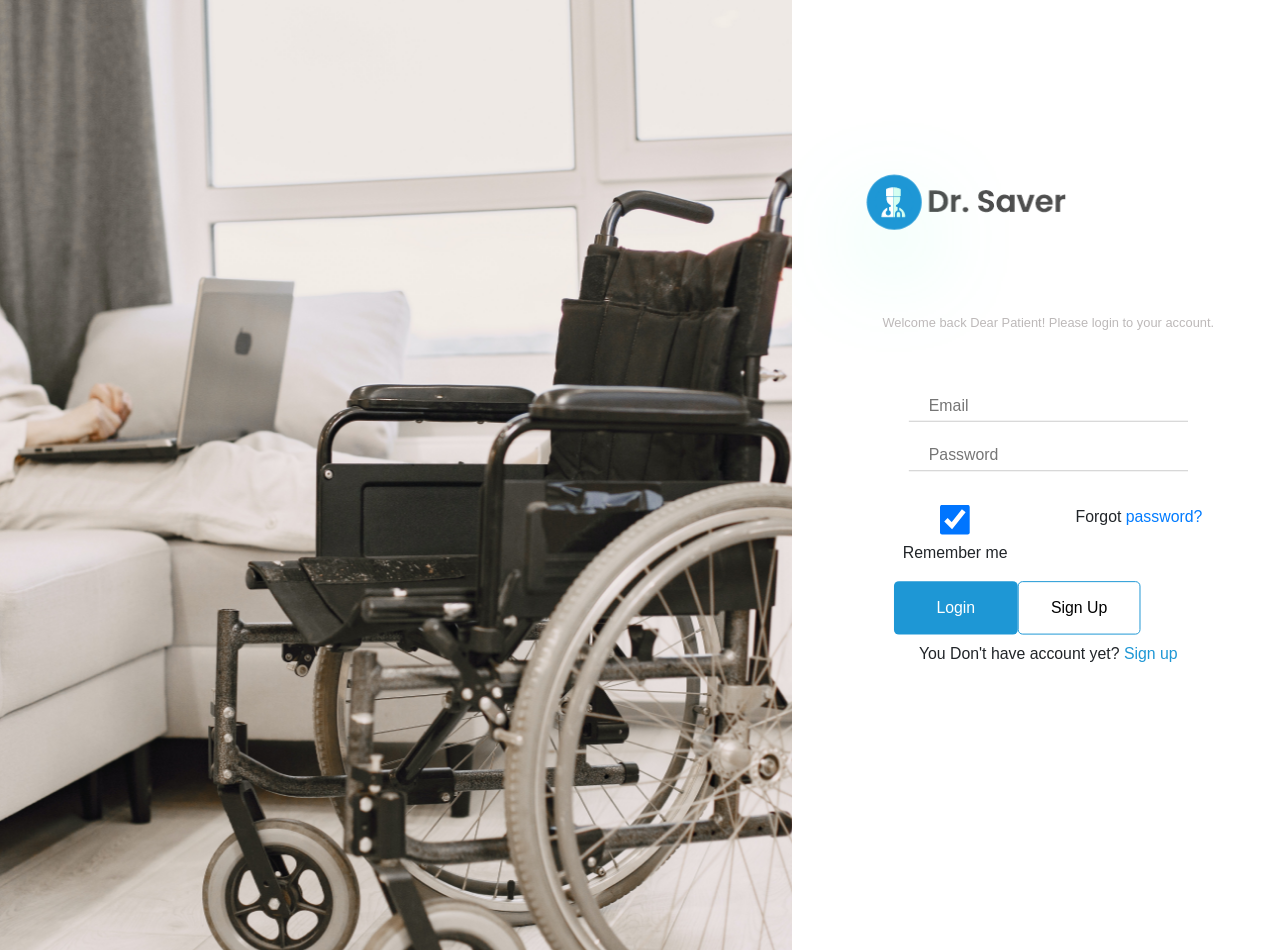
Repository: nsra/hadeel_doctor_system
Page: patient/Plogin.html
The author's editor kept a copy of each file at every save. The page is drawn from the files as they stood at one save, then again after the next save.
The browser window is 1280 px wide. The page is 1295 px wide, so the pictures cover 1295 px, including what lies to the right of the window. The pictures show the whole page, at 99% of full size.
Some web fonts or font styles are not loaded; a fallback is used. Some web libraries are served in a nearby version.

Above is the page before, as saved 2022-03-29 16:57:37.

### patient/Plogin.html
<!DOCTYPE html>
<html lang="en">
<head>
    <meta charset="UTF-8">
    <meta http-equiv="content-type" content="text/html; charset=UTF-8">
    <title>DrSaver</title>
    <link rel="shortcut icon" href="../assets/img/doctor.png" type="image/x-icon">
    <link rel="stylesheet" href="https://maxcdn.bootstrapcdn.com/bootstrap/4.0.0/css/bootstrap.min.css" integrity="sha384-Gn5384xqQ1aoWXA+058RXPxPg6fy4IWvTNh0E263XmFcJlSAwiGgFAW/dAiS6JXm" crossorigin="anonymous">
    <link rel="stylesheet" href="https://pro.fontawesome.com/releases/v5.10.0/css/all.css" integrity="sha384-AYmEC3Yw5cVb3ZcuHtOA93w35dYTsvhLPVnYs9eStHfGJvOvKxVfELGroGkvsg+p" crossorigin="anonymous"/>
    <link rel="stylesheet" href="../assets/css/style.css" type="text/css">
    <link rel="preconnect" href="https://fonts.gstatic.com">
    <link href="https://fonts.googleapis.com/css2?family=Tajawal:wght@700&display=swap" rel="stylesheet">
    <meta name="viewport" content="width=device-width, initial-scale=1, shrink-to-fit=no">
</head>
<body>
<section class="loginSection">
    <div class="row window-full">
        <div class="hero col-6 float-right ">
           <img  src="../assets/img/plogin.png"></img>

        </div>
        <div class="col-6 float-left text-center">
            <img class="fleft" src="../assets/img/log1.png"></img>
            <div class="fright pd-y">
               <br>
           <p  class="pcol">Welcome back Dear Patient! Please login to your account.</p>

          <form action="action_page.php" method="post">

              <input type="email" placeholder="Email" name="email" required>


              <input type="password" placeholder="Password" name="psw" required>
          <br>
          <div class="row"  >
              <label>
                <input type="checkbox" checked="checked" name="remember"> Remember me
              </label>
              <span class="psw">Forgot <a href="#">password?</a></span>
            </div>

    <div class="row"  >
        <button type="button" onclick="document.getElementById('id01').style.display='none'" class="loginbtn">Login</button>
        <button type="button" onclick="document.getElementById('id02').style.display='none'" class="signbtn">Sign Up</button>
      </div>
      <p>You Don't have account yet? <span id="cplue">Sign up</span> </p>


          </form>
        </div>
      </div>
    </div>
</section>

<script src="https://ajax.googleapis.com/ajax/libs/jquery/3.5.1/jquery.min.js"></script>
<!-- Popper.JS -->
<script src="https://cdnjs.cloudflare.com/ajax/libs/popper.js/1.14.0/umd/popper.min.js" integrity="sha384-cs/chFZiN24E4KMATLdqdvsezGxaGsi4hLGOzlXwp5UZB1LY//20VyM2taTB4QvJ" crossorigin="anonymous"></script>
<!-- Bootstrap JS -->
<script src="https://stackpath.bootstrapcdn.com/bootstrap/4.1.0/js/bootstrap.min.js" integrity="sha384-uefMccjFJAIv6A+rW+L4AHf99KvxDjWSu1z9VI8SKNVmz4sk7buKt/6v9KI65qnm" crossorigin="anonymous"></script>
<script src="assets/js/scripts.js"></script>

</body>
</html>

### assets/css/style.css
 /*common*/


.overlay{
    position:absolute;
    width:  100%;
    height: 100%;
    top: 0;
    left: 0;
    background-color: rgba(3, 3, 3, 0.7);
}
.hover-opacity{
    transition: opacity .5s;
}
.hover-opacity:hover{
opacity: 0.8;
}

/*general css*/
:root{
    --maincolor:#6195ff;
}
*{
    margin: 0;
    padding: 0;
    box-sizing: border-box;
}
ul{
    list-style: none;
}
.container{
    width: 80%;

    margin: auto;/*elment in the center*/
}
body{
    font-family: 'Varela Round', sans-serif;
}
.clear{
    clear: both;
}
h1,h2,h3,h4,h5,h6{
    font-family: montserrat,sans-serif;
}
button{
    font-family: inherit;
}
a{
    text-decoration: none;
}
.pd-y{
    padding: 100px 0;
}
.section-header{
    text-align: center;
    margin-bottom: 20px;
}
.section-header .section-title{
    font-size: 35px;
    text-transform: capitalize;
    margin-bottom: 10px;
}
.section-header .line{
display: block;
height: 5px;
width: 60px;
margin: 0 auto 70px auto;
background-color: var(--maincolor);
}

.ltr-effect,.tb-effect{
    position: relative;
}
.ltr-effect::after,.tb-effect::after{
position: absolute;
content: "";
top: 0;
right: 0;
left: 0;
bottom: 0;
background: #333;
z-index:-1 ;

}
.ltr-effect:hover::after{
width: 100%;
}
.ltr-effect::after{
    width: 0;
    transition: width 0.5s;
}
.tb-effect::after{
 height: 0;
 transition: height 0.5s;

}
.tb-effect:hover::after{
height: 100%;
}
/* header*/
.header{
    position:fixed;
    width: 100%;
    z-index: 15;
    height: 10%;
  }

 b{
     color: #ffff;

 }
.header .logo{
    width: 50%;
  float: left;
 }
.header .logo img{
    width: 120px;
    margin-left: 20px;
   }
.header .nav{
    width: 50%;
     float: left;
    list-style: none;
    text-align: right;
}
.header .nav > li{
    display: inline-block;

    text-align: right;
}
.header .nav > li > a{
    color: #fff;
    font-size: 15px;

    display: block;
    padding: 30px 15px;
}

.header .nav > li > a.active:after{
content: "";
display: block;
margin-top: 2px;
height: 3px;
background-color: #6195ff;
transition: width 0.5s;

}
.header .nav > li > a.active:after{
    width: 100%;
}

.header .nav > li > a:after{
width: 0;
}
.header .nav > li > a:hover::after{
    width: 100%;
    }
    .dropdown{
        position: relative;
    }
    .dropdown-menu{
        position: absolute;
        background: #6195ff;
        width: 150px;
        text-align: right;
        left: -50%;
        top: 70%;
        opacity: 0;
        visibility: hidden;
        transition: opacity 0.5s;
    }
    .dropdown-menu a{
        color:#fff;
        display: block;
        padding: 10px;

    }
    .dropdown:hover .dropdown-menu{
        opacity: 1;
        visibility:visible;
    }
/*Home section*/
.home{
    height: 100vh;
    background-image: url(../img/background.png);
    background-size: cover;
    position: relative;
}
.home-content{
    position: absolute;
    width: 65%;
    top: 50%;
    left: 50%;
    transform: translate(-50%,-50%);
    text-align: left;
}
.home .title{

margin: 20px 0;
color: var(--maincolor);
letter-spacing: 2px;
line-height: 1.5;
}
.home .home-desc{
    color: #fff;
    font-size: 3.5rem;
    text-transform: uppercase;
}
.home .btn{
    max-width: 150px;
    padding: 15px 0;
    border-radius: 5px;
    border: 0;
    cursor: pointer;
    font-size: 18px;
}

.home .btn-learn{
    background-color: #6195ff;
    color:#fff;

}

nav{
    font-size: 18px;
}
.navbar-light .navbar-brand{
    font-size: 32px;
 }

.navbar-light .navbar-nav .nav-link{
    color: black;
}

 #cplue{
     color:#1E97D5 ;
 }
 .bplue{
background-color: #dce0e4;
 color: #1E97D5;
 }
 .fleft{
     position: relative;
     margin-top: 11%;
    margin-right: 20%;
 }
 .fright{
     position:absolute;
     right:10%;
     top: 20%;
 }
 .pcol{
     color: rgb(189, 185, 185);
     font-size: small;
 }

/*About section*/

.about-content{
    overflow: hidden;
}
.about-item{
     width: 30%;
    float: left;
text-align: center;
border: 1px solid #e8e8e8;
padding: 50px 20px;
}

.about-item.mg{
    margin: 0 5%;
}
.about-item:hover .about-item-title{
    color: #fff;
}
.about-item .icon{
    color: #6195ff;
    margin-bottom: 10px;
}
.about-item-title{
    text-transform: capitalize;
    margin-bottom: 10px;
    transition: color 0.5s;
}
.about-item-desc{
    line-height: 1.6;
    margin-bottom: 10px;
    color:#999 ;
}
.about-item-link{
color: #6195ff;
text-transform: capitalize;
}

/*number section*/
.numbers{
    position: relative;
    background-image: url(../img/background.png);
    background-size: cover;
    background-attachment: fixed;
    height: 300px;
}
.numbers-item{
    overflow: hidden;

}
.number-item{
width: 25%;
float: left;
text-align: center;
}
.number-item .icon{
    color: #6195ff;
    margin-bottom: 15px;
}
.number-item-title{
    font-weight: bold;
    font-size: 30px;
    color: #fff;

}
.number-item-text{
    color: #fff;
}

/*Blog page*/
.blog{
    background: #f9f9f9;
}

.blog-content{
    overflow: hidden;
}
.blog-item{
    width: 30%;
    float: left;
    background: #fff;
}
.blog-item-img img{
width: 100%;
}

.blog-info{
    padding: 20px;
}

.blog-list{
    list-style: none;
    margin: 20px 0;
}
.blog-list li{
    display: inline-block;
    margin: 0 5px;
}

.blog-list li i{
    color: #6195ff;
}
.blog-title{
    font-weight: bold;
    margin: 20px 0;
}
.blog-desc{
    color: #999;
    margin-bottom: 10px;
    line-height: 1.5;
 }
.blog-link{
    color: #6195ff;
}
.blog-item.mg{
    margin: 0 5%;
}

/*contact section*/

/*footer section*/
.footer{
    background: #1c1d23;
    text-align: center;
    padding: 60px 0;
}
.footer-links{
    list-style: none;
    margin: 20px 0;
}
.footer-links li{
    display: inline-block;

}
.footer-links li a{
    display: block;
    width: 50px;
    height: 50px;
    background: #6195ff;
    color: #fff;
    margin: 0 5px;
    border-radius: 50%;
}
.footer-links li a i{
    line-height: 50px;
}

.footer .copyright{
    color: #999;
    font-size: 15px;
    text-transform: uppercase;
}

 /********login******/


  /* Full-width inputs */
  input[type=text], input[type=password] ,input[type=email],input[type=number],input[type=date],input[type=submit]{
    width: 100%;
    padding: 12px 20px;
    margin: 10px 0 ;

    display:flex;
    border: none;
    border-bottom: 1px solid #ccc;

  }

  /* Set a style for all buttons */
  button {
    background-color: #1E97D5;
    color: white;
    padding: 14px 20px;
    margin: 8px 0;
    border: none;
    cursor: pointer;
    width: 40%;

    border-radius: 5px;
  }
  .but{
    padding-top: 10%;
  margin-left: 10%;

    align-items: center;
  }
  /* Add a hover effect for buttons */
  button:hover {
    opacity: 0.8;
  }



  /* Add padding to containers */
  .container {
    padding: 16px;

  }

  .psw{
      margin-left: 60px;
  }
  .signbtn{
      color: #000;
      background-color: #fff;
      border: 1px solid #1E97D5;
  }
  .signbtn:hover{
    background-color: #1E97D5;
    opacity: 0.8;
  }
  .fname{
    position: relative;
  margin-right: 10%;
  }
  .lname {
    position: absolute;
    top: 20%;
    left: 50%;
  }

  /* Change styles for span and cancel button on extra small screens */
  @media screen and (max-width: 300px) {
    span.psw {
      display: block;
      float: none;
    }
    .cancelbtn {
      width: 100%;
    }
  }

.rate{
    margin: 10px;
    float: left;
    background: #eeeeee;
    border-radius: 30px;
}
.rate i{
    color: #ffdb00;
}

.footer {
    display: flex;
    flex-flow: row wrap;
    padding: 30px 30px 20px 30px;
    color: #2f2f2f;
    background-color: #fff;
    border-top: 1px solid #e5e5e5;
  }

  .footer > * {
    flex:  1 100%;
  }

  .footer__addr {
    margin-right: 1.25em;
    margin-bottom: 2em;
  }

  .footer__logo {
    font-family: 'Pacifico', cursive;
    font-weight: 400;
    text-transform: lowercase;
    font-size: 1.5rem;
  }

  .footer__addr h2 {
    margin-top: 1.3em;
    font-size: 15px;
    font-weight: 400;
  }

  .nav__title {
    font-weight: 400;
    font-size: 15px;
  }

  .footer address {
    font-style: normal;
    color: #999;
  }

  .footer__btn {
    display: flex;
    align-items: center;
    justify-content: center;
    height: 36px;
    max-width: max-content;
    background-color: rgb(33, 33, 33, 0.07);
    border-radius: 100px;
    color: #2f2f2f;
    line-height: 0;
    margin: 0.6em 0;
    font-size: 1rem;
    padding: 0 1.3em;
  }

  .footer ul {
    list-style: none;
    padding-left: 0;
  }

  .footer li {
    line-height: 2em;
  }

  .footer a {
    text-decoration: none;
  }

  .footer__nav {
    display: flex;
      flex-flow: row wrap;
  }

  .footer__nav > * {
    flex: 1 50%;
    margin-right: 1.25em;
  }

  .nav__ul a {
    color: #999;
  }

  .nav__ul--extra {
    column-count: 2;
    column-gap: 1.25em;
  }

  .legal {
    display: flex;
    flex-wrap: wrap;
    color: #999;
  }

  .legal__links {
    display: flex;
    align-items: center;
  }

.social{
    padding-top: 50px;
    margin-left: 700px;

}
.socialItem{
   color: #1E97D5;
    border-radius: 50%;
    line-height: 2;
    margin: 15px;
}
.socialItem:hover{
    background: #6db4e4;
    border:  2px white;

}
  .heart {
    color: #2f2f2f;
  }

  @media screen and (min-width: 24.375em) {
    .legal .legal__links {
      margin-left: auto;
    }
  }

  @media screen and (min-width: 40.375em) {
    .footer__nav > * {
      flex: 1;
    }

    .nav__item--extra {
      flex-grow: 2;
    }

    .footer__addr {
      flex: 1 0px;
    }

    .footer__nav {
      flex: 2 0px;
    }
  }
/******** about page ***********/
.heroSection img{
    border-radius: 30px;
}
/******** Pprofile page ***********/

.sidebar {
  margin: 0;
  margin-left: 10%;
  padding: 0;
  width: 30%;
  text-align: center;
  position: absolute;
  height: 100%;
  overflow: auto;

}
 .fright
.sidebar a {
  display: block;
  color: black;
  padding: 16px;
  text-decoration: none;
}

@media screen and (max-width: 700px) {
  .sidebar {
    width: 100%;
    height: auto;
    position: relative;
  }
  .sidebar a {float: left;}
  div.content {margin-left: 0;}
}

@media screen and (max-width: 400px) {
  .sidebar a {
    text-align: center;
    float: none;
  }
}


.card{
  width: 95%;
 }

.update{

border: none;
margin-left: 100px;
color: white;
padding: 15px 32px;
text-align: center;
text-decoration: none;
display: inline-block;
font-size: 16px;
}

 ul{
  list-style-type: none;
 }

 input,select{
  height: 30px;
  border:none;
  border-bottom: 1px solid gray;
  outline: none;
 width: 100%;

}
.staryel{
     color: yellow;
 }
form{
display: flex;

width: 100%;
height: 90%;
margin-top:20px;
padding:30px;
display: flex;

flex-direction: column;
justify-content: space-around;
border-radius: 5px;

}

### assets/js/scripts.js
$("#profileImage").click(function(e) {
    $("#imageUpload").click();
});
/****** 100 vh section **********/
var elements = document.getElementsByClassName('window-full');
var windowheight = window.innerHeight + "px";

fullheight(elements);
function fullheight(elements) {
    for(let el in elements){
        if(elements.hasOwnProperty(el)){
            elements[el].style.height = windowheight;
        }
    }
}

window.onresize = function(event){
    fullheight(elements);
}

After the next save:
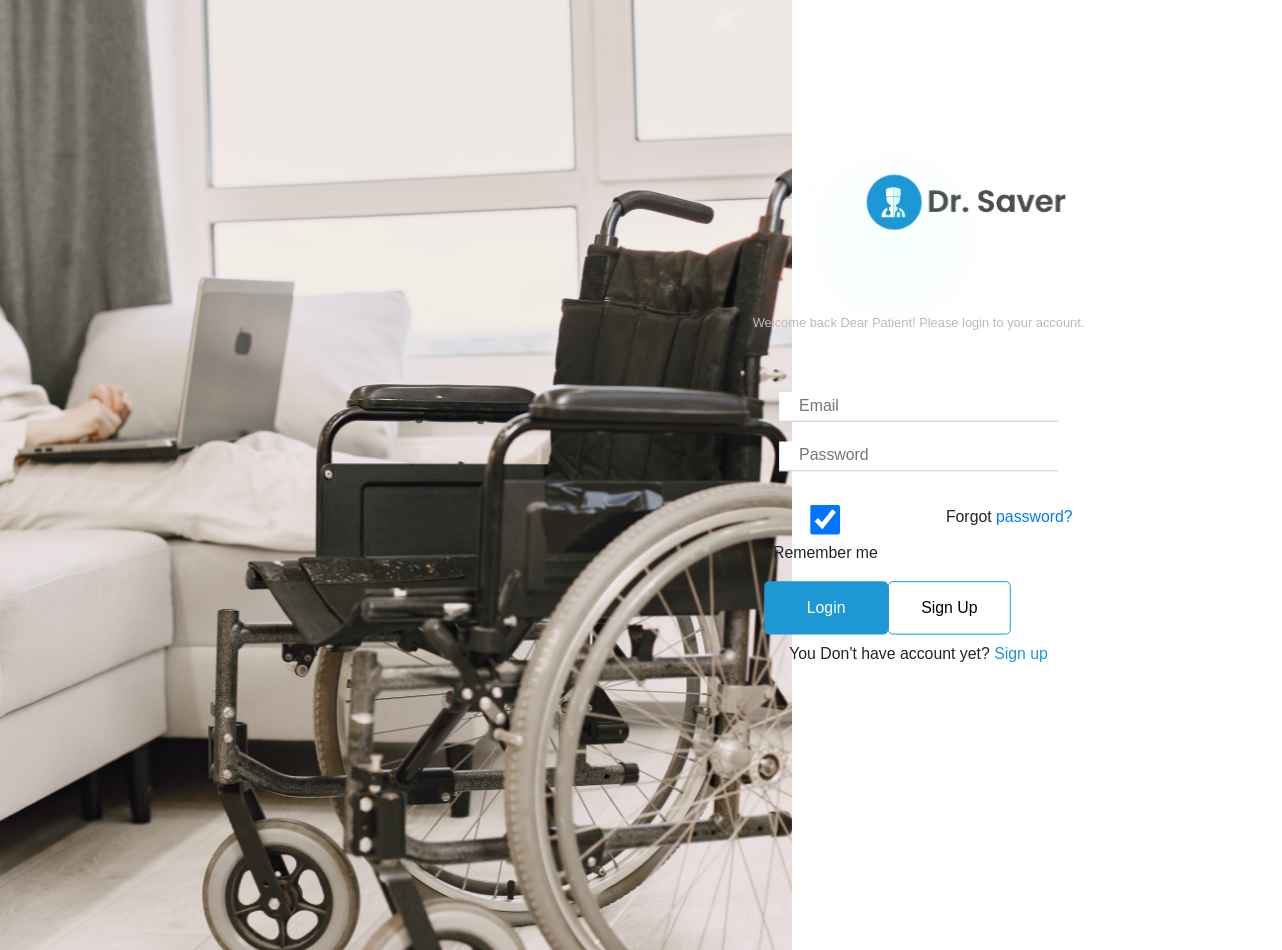
Saved 7 s later.
--- a/assets/css/style.css
+++ b/assets/css/style.css
@@ -246,7 +246,7 @@ background-color: #dce0e4;
  }
  .fright{
      position:absolute;
-     right:10%;
+     right:30%;
      top: 20%;
  }
  .pcol{
